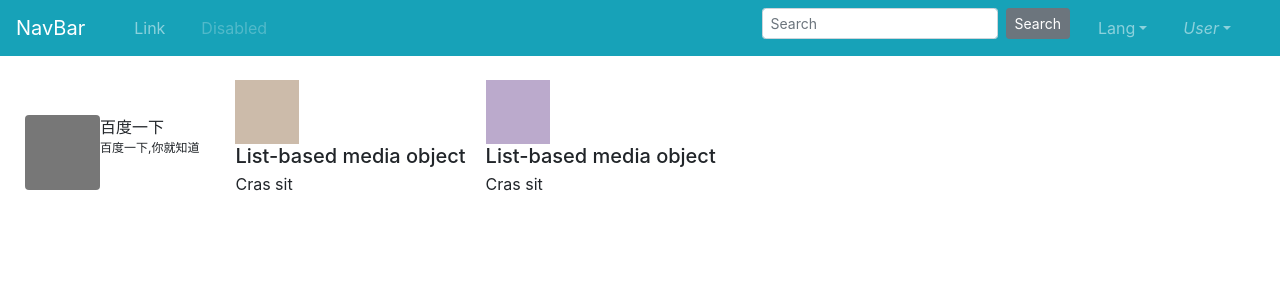
Repository: Funnyrz/vue-nav
Page: /
These files come from the project's save history. The page is drawn as it stood at one moment and after the next save; the edit follows.
The browser window is 1280 px wide. The pictures show the whole page.
The project was rebuilt for these pictures with package versions that can differ from the ones it lists, and the page was loaded fresh each time.

Above is the page before, as saved 2020-08-26 12:06:13.

### public/index.html
<!DOCTYPE html>
<html lang="en">
  <head>
    <meta charset="utf-8">
    <meta http-equiv="X-UA-Compatible" content="IE=edge">
    <meta name="viewport" content="width=device-width,initial-scale=1.0">
    <link rel="icon" href="<%= BASE_URL %>favicon.ico">
    <title>vue-pic</title>
  </head>
  <body>
    <noscript>
      <strong>We're sorry but vue-pic doesn't work properly without JavaScript enabled. Please enable it to continue.</strong>
    </noscript>
    <div id="app"></div>
    <!-- built files will be auto injected -->
  </body>
</html>

### src/main.js
import Vue from 'vue'
import App from './App.vue'
import 'bootstrap/dist/css/bootstrap.css'
import 'bootstrap-vue/dist/bootstrap-vue.css'
import BootstrapVue from 'bootstrap-vue'
// ES Modules syntax

// require syntax

Vue.use(BootstrapVue)
Vue.config.productionTip = false

new Vue({
  render: h => h(App),
}).$mount('#app')

### src/App.vue
<template>
  <div id="app">
    <HelloWorld msg="Welcome to Your Vue.js App" />
  </div>
</template>

<script>
import HelloWorld from "./components/HelloWorld.vue";

export default {
  name: "app",
  components: {
    HelloWorld
  }
};
</script>

<style>
.container-fluid {
  width: 80%;
}
</style>

### src/components/HelloWorld.vue
<template>
  <div class="hello">
    <div>
      <b-navbar toggleable="lg" type="dark" variant="info">
        <b-navbar-brand href="#">NavBar</b-navbar-brand>

        <b-navbar-toggle target="nav-collapse"></b-navbar-toggle>
        <b-container fluid>
          <b-collapse id="nav-collapse" is-nav>
            <b-navbar-nav>
              <b-nav-item href="#">Link</b-nav-item>
              <b-nav-item href="#" disabled>Disabled</b-nav-item>
            </b-navbar-nav>

            <!-- Right aligned nav items -->
            <b-navbar-nav class="ml-auto">
              <b-nav-form>
                <b-form-input size="sm" class="mr-sm-2" placeholder="Search"></b-form-input>
                <b-button size="sm" class="my-2 my-sm-0" type="submit">Search</b-button>
              </b-nav-form>

              <b-nav-item-dropdown text="Lang" right>
                <b-dropdown-item href="#">EN</b-dropdown-item>
                <b-dropdown-item href="#">ES</b-dropdown-item>
                <b-dropdown-item href="#">RU</b-dropdown-item>
                <b-dropdown-item href="#">FA</b-dropdown-item>
              </b-nav-item-dropdown>

              <b-nav-item-dropdown right>
                <!-- Using 'button-content' slot -->
                <template v-slot:button-content>
                  <em>User</em>
                </template>
                <b-dropdown-item href="#">Profile</b-dropdown-item>
                <b-dropdown-item href="#">Sign Out</b-dropdown-item>
              </b-nav-item-dropdown>
            </b-navbar-nav>
          </b-collapse>
        </b-container>
      </b-navbar>

      <b-container fluid>
        <div>
          <ul class="list-unstyled">
            <b-media tag="li">
              <template v-slot:aside>
                <b-img v-bind="mainProps" rounded alt="placeholder"></b-img>
                <div style="position:relative;">
                  百度一下
                 <div style="font-size:12px;bottom:0px">
                  百度一下,你就知道
                </div>
                </div>

              </template>
            </b-media>

            <b-media tag="li" class="my-4">
              <template v-slot:aside>
                <b-img blank blank-color="#cba" width="64" alt="placeholder"></b-img>
              </template>

              <h5 class="mt-0 mb-1">List-based media object</h5>
              <p class="mb-0">Cras sit</p>
            </b-media>

            <b-media tag="li">
              <template v-slot:aside>
                <b-img blank blank-color="#bac" width="64" alt="placeholder"></b-img>
              </template>

              <h5 class="mt-0 mb-1">List-based media object</h5>
              <p class="mb-0">Cras sit</p>
            </b-media>
          </ul>
        </div>
      </b-container>
    </div>
  </div>
</template>

<script>
export default {
  name: "HelloWorld",
  props: {
    msg: String
  },
  data() {
    return {
      mainProps: {
        blank: true,
        blankColor: "#777",
        width: 75,
        height: 75,
        class: "m1"
      }
    };
  },
  mounted() {}
};
</script>

<!-- Add "scoped" attribute to limit CSS to this component only -->
<style scoped>
h3 {
  margin: 40px 0 0;
}
ul {
  list-style-type: none;
  padding: 0;
}
li {
  display: inline-block;
  margin: 0 10px;
}
a {
  color: #42b983;
}
</style>

After the next save:
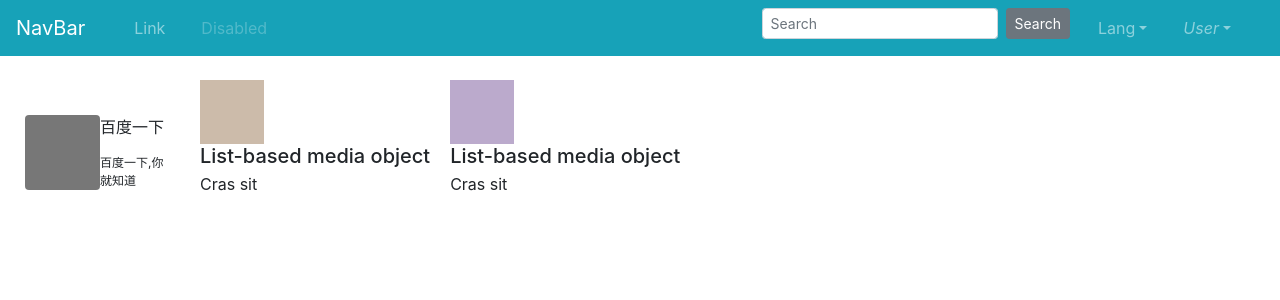
Saved 16 s later.
--- a/src/components/HelloWorld.vue
+++ b/src/components/HelloWorld.vue
@@ -47,7 +47,7 @@
                 <b-img v-bind="mainProps" rounded alt="placeholder"></b-img>
                 <div style="position:relative;">
                   百度一下
-                 <div style="font-size:12px;bottom:0px">
+                 <div style="font-size:12px;bottom:0px;position:absolute;">
                   百度一下,你就知道
                 </div>
                 </div>
